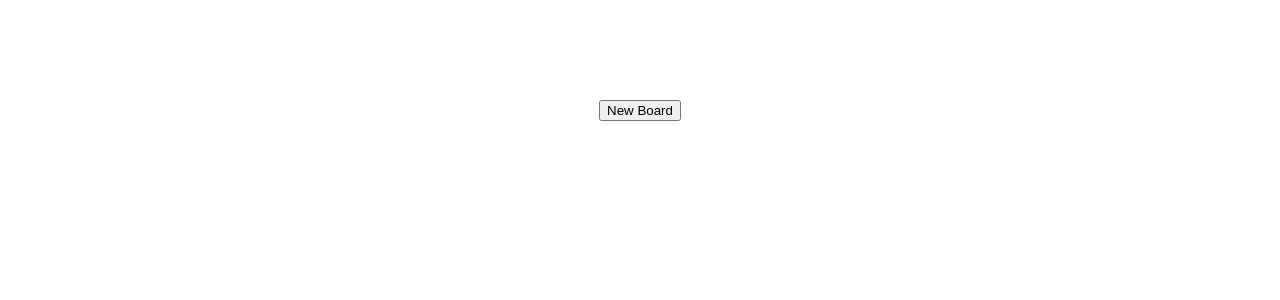
Repository: sokafootball/etch-a-sketc
Page: index.html
An editor plug-in stored every save of this project. The page is shown before and after the next save, followed by the edit.
The browser window is 1280 px wide. The pictures show the whole page.

Above is the page before, as saved 2020-04-18 09:27:50.

After the next save:
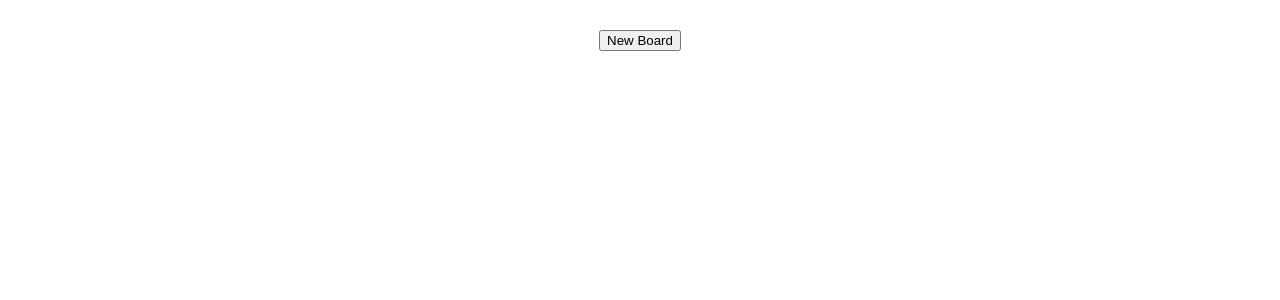
Saved 55 s later.
--- a/style.css
+++ b/style.css
@@ -7,9 +7,9 @@
   align-items: center;
   display:flex;
   flex-direction: column;
-  margin-top: 100px;
+  margin-top: 30px;
 }
 
 #reset-btn{
-  margin-bottom: 50px;
+  margin-bottom: 30px;
 }
